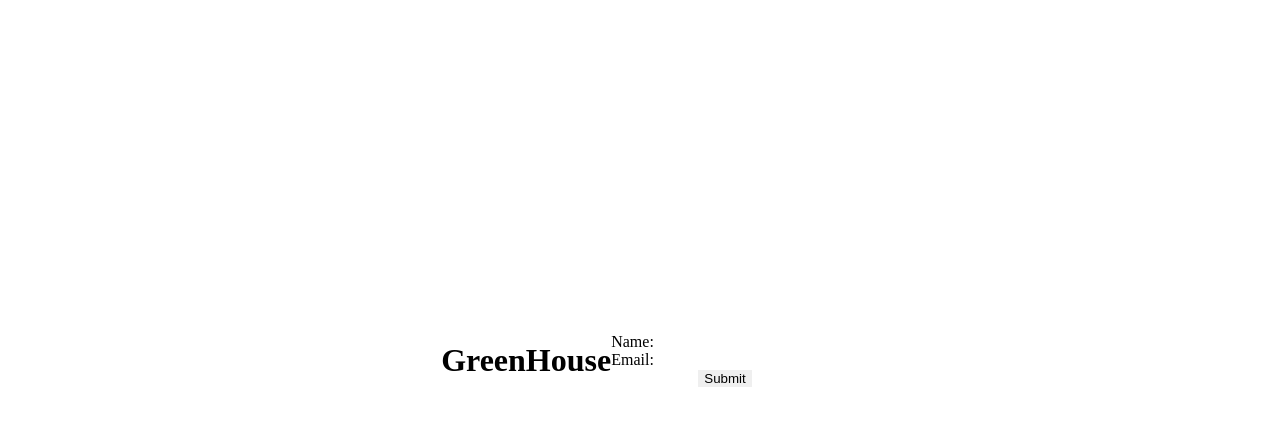
Repository: idan226688/WorkTrack
Page: index.html
The author's editor kept a copy of each file at every save. The page is drawn from the files as they stood at one save, then again after the next save.
The browser window is 1280 px wide. The pictures show the whole page.

Above is the page before, as saved 2023-08-30 17:57:44.

### index.html
<!DOCTYPE html>
<html>
<head>
  <link rel="stylesheet" href="GreenHouse.css">
  <title>Login</title>
</head>
<body>
  <div id="container">
  <h1>GreenHouse</h1>
  <form action="/submit" method="post">
    <label for="name">Name:</label>
    <input type="text" id="name" name="name" required><br>

    <label for="email">Email:</label>
    <input type="email" id="email" name="email" required><br>

    <button type="submit">Submit</button>
  </form>
</div>
</body>
</html>

### GreenHouse.css
*{
    text-align: center;
    margin:0;
    border: none;
}
#container{
    display: flex;
    justify-content: center;
    align-items: center;
    height: 100vh;
}
#login-container{
    display: flex;
    flex-direction: column;
    align-items: center;
}

After the next save:
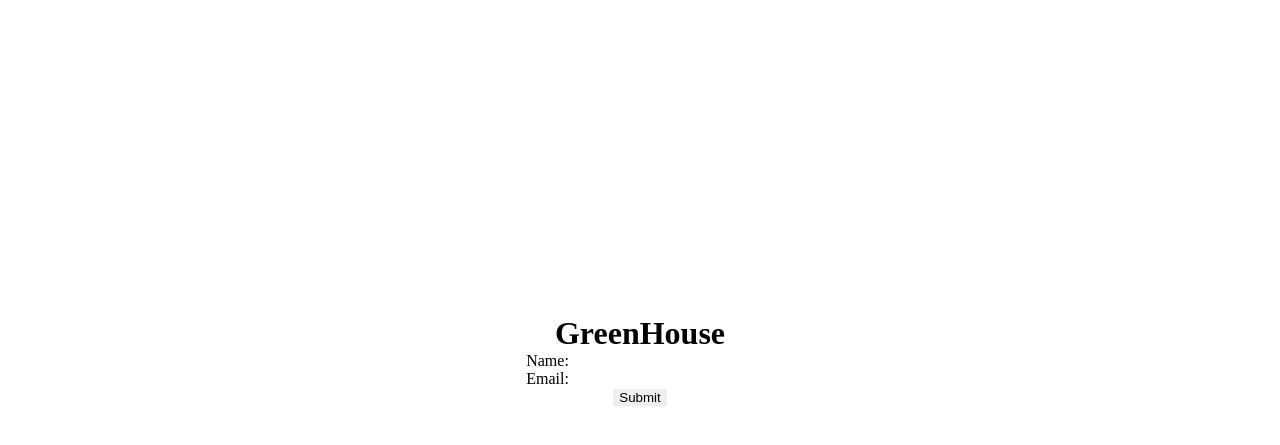
Saved 30 s later.
--- a/index.html
+++ b/index.html
@@ -6,16 +6,18 @@
 </head>
 <body>
   <div id="container">
-  <h1>GreenHouse</h1>
-  <form action="/submit" method="post">
-    <label for="name">Name:</label>
-    <input type="text" id="name" name="name" required><br>
+    <div id="login-container">
+      <h1>GreenHouse</h1>
+      <form action="/submit" method="post">
+        <label for="name">Name:</label>
+        <input type="text" id="name" name="name" required><br>
 
-    <label for="email">Email:</label>
-    <input type="email" id="email" name="email" required><br>
+        <label for="email">Email:</label>
+        <input type="email" id="email" name="email" required><br>
 
-    <button type="submit">Submit</button>
-  </form>
-</div>
+        <button type="submit">Submit</button>
+      </form>
+    </div>
+  </div>
 </body>
 </html>
